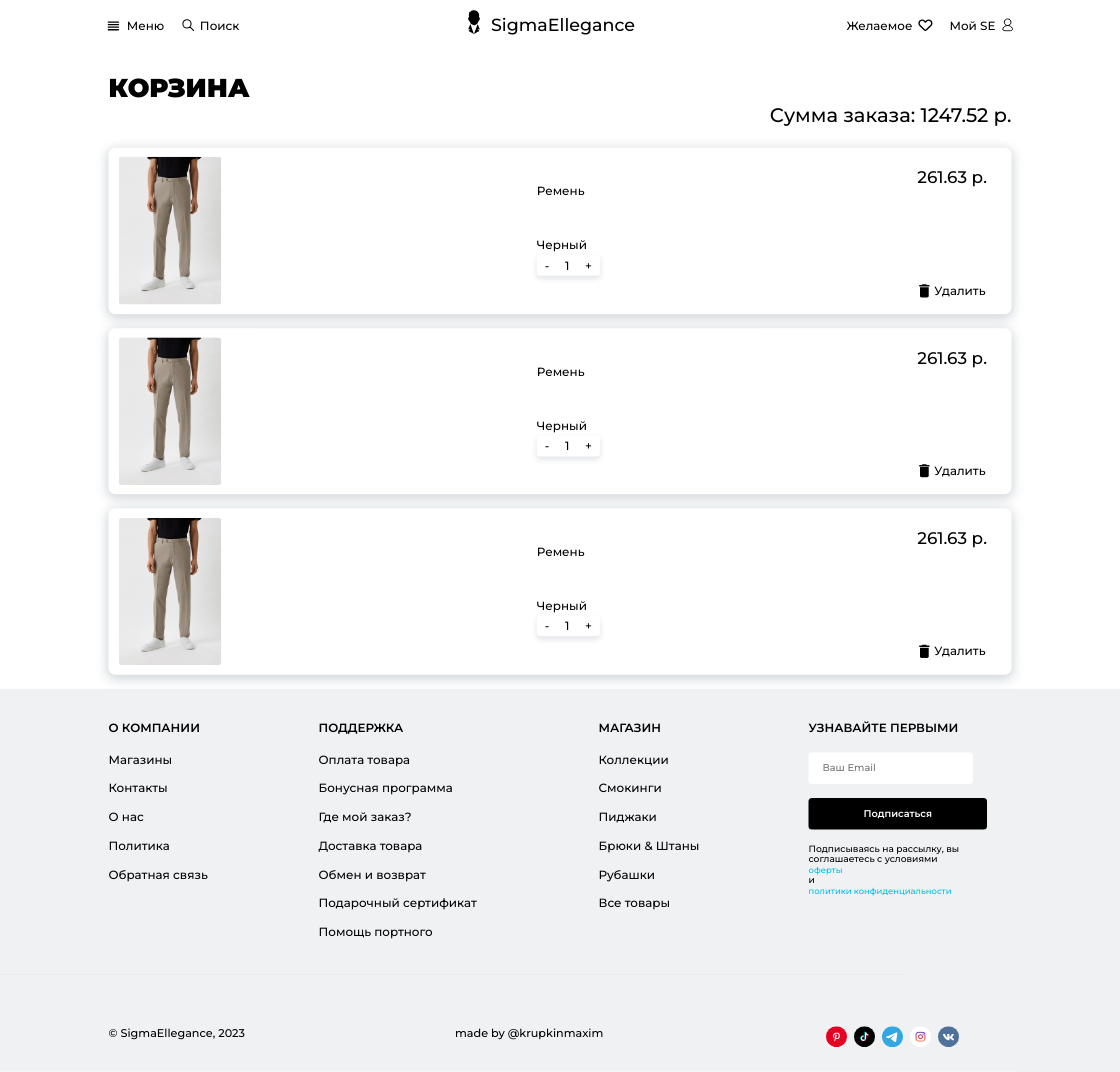
Repository: MaksimKrupkin/SigmaEllegance
Page: /cart
These files come from the project's save history. The page is drawn as it stood at one moment and after the next save; the edit follows.
The browser window is 1280 px wide. The page is 1600 px wide, so the pictures cover 1600 px, including what lies to the right of the window. The pictures show the whole page, at 70% of full size.
Some web fonts or font styles are not loaded; a fallback is used. The project was rebuilt for these pictures with package versions that can differ from the ones it lists, and the page was loaded fresh each time. Also part of the build but not shown: src/Components/SideBar/SideBar.module.css, src/Components/SideBar/SideBar.jsx, src/Pages/HomePage.module.css, src/Components/SliderWrapper/SliderWrapper.module.css, src/Components/SliderCard/SliderCard.module.css, src/Components/SliderCard/SliderCard.jsx, src/Components/LeftArrow/LeftArrow.module.css, src/Components/LeftArrow/LeftArrow.jsx and 31 more.

Above is the page before, as saved 2023-12-19 20:17:31.

### public/index.html
<!DOCTYPE html>
<html lang="en">
  <head>
    <meta charset="utf-8" />

    <meta name="viewport" content="width=device-width, initial-scale=1" />
    <link rel="icon" type="image/png" href="./favicon.png" sizes="32x32" />
    <link rel="preconnect" href="https://fonts.googleapis.com" />
    <link rel="preconnect" href="https://fonts.gstatic.com" crossorigin />
    <link
      href="https://fonts.googleapis.com/css2?family=Roboto:wght@400;500;700&display=swap"
      rel="stylesheet" />
    <link
      href="https://fonts.googleapis.com/css2?family=Montserrat:ital,wght@0,300;0,500;0,600;0,900;1,400;1,500&family=Roboto:wght@400;500;700&display=swap"
      rel="stylesheet" />
    <link rel="preconnect" href="https://fonts.googleapis.com" />
    <link rel="preconnect" href="https://fonts.gstatic.com" crossorigin />
    <link
      href="https://fonts.googleapis.com/css2?family=Montserrat:wght@300&family=Roboto:wght@400;500;700&display=swap"
      rel="stylesheet" />
    <link href="https://fonts.cdnfonts.com/css/montserrat" rel="stylesheet" />
    <title>SigmaEllegance</title>
  </head>
  <body>
    <div id="root"></div>
  </body>
</html>

### src/index.js
import React from 'react';
import ReactDOM from 'react-dom/client';
import App from './App';
import { BrowserRouter } from 'react-router-dom';

const root = ReactDOM.createRoot(document.getElementById('root'));
root.render(
  <React.StrictMode>
    <BrowserRouter>
      <App />
    </BrowserRouter>
  </React.StrictMode>,
);

### src/App.js
import React, { useState, useEffect, useRef } from 'react';
import Header from './Components/Header/Header';
import HomePage from './Pages/HomePage';
import styles from './App.module.css';
import GoodsPage from './Pages/GoodsPage/GoodsPage';
import OpenGoodPage from './Pages/OpenGoodPage/OpenGoodPage';
import Footer from './Components/Footer/Footer';
import { BrowserRouter, Route, Routes, useParams } from 'react-router-dom';
import AboutUs from './Pages/AboutUs/AboutUs';
import SearchPage from './Pages/SearchPage/SearchPage';
import Contacts from './Pages/Contacts/Contacts';
import Payment from './Pages/Payment/Payment';
import Cart from './Pages/Cart/Cart';

function App() {
  const { category, id } = useParams();
  const [sidebarOpen, setSidebarOpen] = useState(false);

  const closeSidebar = () => {
    setSidebarOpen(false);
  };

  useEffect(() => {
    const handleOutsideClick = (event) => {};

    document.addEventListener('mousedown', handleOutsideClick);

    return () => {
      document.removeEventListener('mousedown', handleOutsideClick);
    };
  }, []);
  return (
    <div className={styles.container}>
      <Header />
      <Routes>
        <Route path="/" element={<HomePage />} />
        <Route path="/goodspage/" element={<GoodsPage />} />
        <Route path="/goodspage/:category" element={<GoodsPage />} />
        <Route path="/goodspage/:category/:id" element={<OpenGoodPage />} />
        <Route path="/opengoodspage" element={<OpenGoodPage />} />
        <Route path="/opengoodspage/:category/:id" element={<OpenGoodPage />} />
        <Route path="/aboutUsPage" element={<AboutUs />} />
        <Route path="/searchPage" element={<SearchPage />} />
        <Route path="/contacts" element={<Contacts />} />
        <Route path="/payment" element={<Payment />} />
        <Route path="/cart" element={<Cart />} />
      </Routes>

      <Footer />
    </div>
  );
}

export default App;

### src/Components/Header/Header.jsx
import React from 'react';
import { useState } from 'react';
import { Link } from 'react-router-dom';
import styles from './Header.module.css';
import logo from '../../assets/img/logo.svg';
import icon1 from '../../assets/img/Icon1.svg';
import icon2 from '../../assets/img/icon2.svg';
import icon3 from '../../assets/img/icon3.svg';
import icon4 from '../../assets/img/icon4.svg';
import SideBar from '../SideBar/SideBar';

function Header() {
  const [toggleMenu, setToggleMenu] = useState(false);
  const HandleToggle = () => {
    setToggleMenu(!toggleMenu);
  };
  console.log(toggleMenu);
  return (
    <header className={styles.header}>
      <div className={styles.left_part}>
        <div onClick={HandleToggle} className={styles.menu}>
          <img className={styles.icon1} src={icon1} alt="" />
          <p>Меню</p>
        </div>
        {toggleMenu && <SideBar HandleToggle={HandleToggle} />}

        <Link to="/searchPage" className={styles.search}>
          <img className={styles.icon2} src={icon2} alt="" />
          <p>Поиск</p>
        </Link>
      </div>
      <Link to="/" className={styles.logo_part}>
        <img className={styles.logo} src={logo} alt="" />
        <p>SigmaEllegance</p>
      </Link>
      <div className={styles.right_part}>
        <Link to="/cart" className={styles.liked}>
          <p>Желаемое</p>
          <img className={styles.icon3} src={icon3} alt="" />
        </Link>
        <Link className={styles.purchases}>
          <p>Мой SE</p>
          <img className={styles.icon4} src={icon4} alt="" />
        </Link>
      </div>
    </header>
  );
}

export default Header;

### src/App.module.css
body {
  font-family: 'Montserrat', sans-serif;
  display: block;
  margin: 0 auto;
  padding: 0;
  width: 100%;
  position: relative;
  overflow-x: hidden;
}
.container {
  width: 1600px;
  display: block;
  margin: 0 auto;
}

*,
*::before,
*::after {
  box-sizing: border-box;
}

/* Links */

a,
a:link,
a:visited {
  text-decoration: none;
}

a:hover {
  text-decoration: none;
}

/* Common */

aside,
nav,
header,
section,
main {
  display: block;
}

h1,
h2,
h3,
h4,
h5,
h6,
p {
  font-size: inherit;
  font-weight: inherit;
}

ul,
ul li {
  list-style: none;
}

img {
  vertical-align: top;
}

img,
svg {
  max-width: 100%;
  height: auto;
}

address {
  font-style: normal;
}

/* Form */

input,
textarea,
button,
select {
  font-family: inherit;
  font-size: inherit;
  color: inherit;
  background-color: transparent;
}

input::-ms-clear {
  display: none;
}

button,
input[type='submit'] {
  display: inline-block;
  box-shadow: none;
  background-color: transparent;
  background: none;
  cursor: pointer;
}

input:focus,
input:active,
button:focus,
button:active {
  outline: none;
}

button::-moz-focus-inner {
  padding: 0;
  border: 0;
}

label {
  cursor: pointer;
}

legend {
  display: block;
}

### src/Components/Footer/Footer.jsx
import React from 'react';
import icon1 from '../../assets/img/pint.svg';
import icon2 from '../../assets/img/TT.svg';
import icon3 from '../../assets/img/TG.svg';
import icon4 from '../../assets/img/IG.svg';
import icon5 from '../../assets/img/VK.svg';
import styles from './Footer.module.css';

export default function Footer() {
  return (
    <footer className={styles.footer}>
      <div className={styles.column_1}>
        <a className={styles.column_title}>О компании</a>
        <a className={styles.column_item}> Магазины</a>
        <a className={styles.column_item}>Контакты</a>
        <a className={styles.column_item}>О нас</a>
        <a className={styles.column_item}>Политика</a>
        <a className={styles.column_item}>Обратная связь</a>
      </div>
      <div className={styles.column_2}>
        <a className={styles.column_title}>Поддержка</a>
        <a className={styles.column_item}> Оплата товара</a>
        <a className={styles.column_item}>Бонусная программа</a>
        <a className={styles.column_item}>Где мой заказ?</a>
        <a className={styles.column_item}>Доставка товара</a>
        <a className={styles.column_item}>Обмен и возврат</a>
        <a className={styles.column_item}>Подарочный сертификат</a>
        <a className={styles.column_item}>Помощь портного</a>
      </div>
      <div className={styles.column_3}>
        <a className={styles.column_title}>Магазин</a>
        <a className={styles.column_item}> Коллекции</a>
        <a className={styles.column_item}>Смокинги</a>
        <a className={styles.column_item}>Пиджаки</a>
        <a className={styles.column_item}>Брюки & Штаны</a>
        <a className={styles.column_item}>Рубашки</a>
        <a className={styles.column_item}>Все товары</a>
      </div>
      <div className={styles.footer_form}>
        <div className={styles.footer_form_title}>Узнавайте первыми</div>
        <form action={styles.text}>
          <input className={styles.footer_form_email} type="text" placeholder="Ваш Email" />
        </form>
        <div className={styles.footer_button}>
          <div className={styles.footer_link}>Подписаться</div>
        </div>
        <div className={styles.policy}>
          Подписываясь на рассылку, вы соглашаетесь с условиями{' '}
          <a href="" className={styles.policy_link}>
            оферты
          </a>{' '}
          и <a className={styles.policy_link}>политики конфиденциальности</a>{' '}
        </div>
      </div>
      <div className={styles.footer_border}>
        <img src="/img/Border.svg" alt="" />
      </div>
      <div className={styles.sigma_corp}>© SigmaEllegance, 2023</div>
      <div className={styles.made_by}>made by @krupkinmaxim</div>
      <div className={styles.social_networks}>
        <img className={styles.pintrest} src={icon1} alt="" />
        <img className={styles.tik_tok} src={icon2} alt="" />
        <img className={styles.telegram} src={icon3} alt="" />
        <img className={styles.instagram} src={icon4} alt="" />
        <img className={styles.vk} src={icon5} alt="" />
      </div>
    </footer>
  );
}

### src/Pages/Cart/Cart.jsx
import React from 'react';
import styles from './Cart.module.css';
import CartGood from './CartGood/CartGoods';

export default function Cart() {
  return (
    <div className={styles.wrapper}>
      <div className={styles.container}>
        <div className={styles.title}>Корзина</div>
        <div className={styles.sum}>Сумма заказа: 1247.52 р.</div>
        <CartGood />
        <CartGood />
        <CartGood />
      </div>
    </div>
  );
}

### src/Components/Header/Header.module.css
.header {
  font-family: 'Montserrat', sans-serif;
  margin: 0 auto;
  width: 100%;
  height: 10vh;
  display: flex;
  justify-content: space-around;
  align-items: center;
}

.left_part {
  display: flex;
  justify-content: space-between;
  align-items: center;
  gap: 25px;
  color: #000;
  margin-bottom: -2px;

  font-family: Montserrat;
  font-size: 17px;
  font-style: normal;
  font-weight: 500;
  line-height: normal;
}
.menu {
  display: flex;
  justify-content: space-between;
  align-items: center;
  gap: 8px;
  cursor: pointer;
}
.menu:hover {
  color: rgb(80, 77, 77);
}
.icon1 {
  width: 22px;
  height: 22px;
  margin-bottom: 1px;
}
.search {
  display: flex;
  justify-content: space-between;
  align-items: center;
  gap: 8px;
  cursor: pointer;
  color: black;
}

.search:hover {
  color: rgb(80, 77, 77);
}
.icon2 {
  width: 18px;
  height: 18px;
  margin-bottom: 3px;
}

.logo_part {
  margin-bottom: 3px;
  display: flex;
  justify-content: space-between;
  align-items: center;

  color: #000;

  font-family: Montserrat;
  font-size: 25px;
  font-style: normal;
  font-weight: 400;
  line-height: normal;
  cursor: pointer;
}

.logo {
  width: 67.375px;
  height: 69.103px;
  flex-shrink: 0;
  margin-right: -10px;
}
.right_part {
  margin-bottom: -2px;
  display: flex;
  justify-content: space-between;
  align-items: center;
  gap: 23px;
  font-family: Montserrat;
  font-size: 17px;
  font-style: normal;
  font-weight: 500;
  line-height: normal;
}

.liked {
  color: black;
  display: flex;
  justify-content: space-between;
  align-items: center;
  gap: 8px;
  cursor: pointer;
}
.liked:hover {
  color: rgb(80, 77, 77);
}
.icon3 {
  width: 22px;
  height: 22px;
  margin-bottom: 3px;
}

.purchases {
  color: black;
  display: flex;
  justify-content: space-between;
  align-items: center;
  gap: 8px;
  cursor: pointer;
}
.purchases:hover {
  color: rgb(80, 77, 77);
}

.icon4 {
  width: 19px;
  height: 19px;
  margin-bottom: 3px;
}

### src/Components/Footer/Footer.module.css
.footer {
  background-color: #eff1f3;
  width: 1600px;
  height: 547px;
  position: absolute;
  overflow-y: hidden;
  margin-top: 0px;
}
a {
  display: block;
}

.column_1 {
  position: absolute;
  top: 45px;
  left: 155px;
}

.column_2 {
  position: absolute;
  top: 45px;
  left: 455px;
}

.column_3 {
  position: absolute;
  top: 45px;
  left: 855px;
}
.column_title {
  font-style: normal;
  font-weight: 600;
  font-size: 17px;
  line-height: 21px;
  text-transform: uppercase;
  color: #000000;
  margin-bottom: 25px;
}

.column_item {
  font-family: 'Montserrat';
  font-style: normal;
  font-weight: 400;
  font-size: 17px;
  line-height: 21px;
  color: #000000;
  margin-bottom: 20px;
  cursor: pointer;
}

.footer_form {
  position: absolute;
  top: 45px;
  left: 1155px;
}

.footer_form_title {
  font-style: normal;
  font-weight: 600;
  font-size: 17px;
  line-height: 21px;
  text-transform: uppercase;
  color: #000000;
  margin-bottom: 25px;
}
.footer {
  opacity: 1;
}
.footer_form_email {
  width: 235px;
  height: 45px;
  background-color: white;
  border: none;
  border-radius: 5px;
  font-style: normal;
  font-weight: 400;
  font-size: 14px;
  line-height: 17px;
  padding-left: 20px;
  color: rgba(0, 0, 0, 0.4);
}
.footer_form_email:focus {
  border: 2px solid black;
}

.footer_button {
  margin-top: 20px;
  margin-bottom: 20px;
  width: 255px;
  background-color: #000000;
  border-radius: 5px;
  text-align: center;
  font-style: normal;
  font-weight: 600;
  font-size: 14px;
  line-height: 45px;
  color: #ffffff;
  cursor: pointer;
}
.footer_link {
  color: #ffffff;
}

.policy {
  width: 254px;
  font-style: normal;
  font-weight: 400;
  font-size: 13px;
  line-height: 15px;
  color: #000000;
}
.policy_link {
  font-style: normal;
  font-weight: 400;
  font-size: 12px;
  line-height: 15px;
  color: #00bfed;
}

.footer_border {
  position: absolute;
  bottom: 120px;
}

.sigma_corp {
  position: absolute;
  left: 155px;
  bottom: 45px;

  font-weight: 500;
}

.made_by {
  position: absolute;
  left: 650px;
  bottom: 45px;
  font-weight: 500;
}

.social_networks {
  position: absolute;
  left: 1180px;
  bottom: 35px;
}
.pintrest {
  width: 30px;
  height: 30px;
  margin-right: 10px;
  transition: all 0.1s ease-in;
  cursor: pointer;
}
.pintrest:hover {
  width: 35px;
  height: 35px;
  transform: translateY(-3px);
}
.tik_tok {
  width: 30px;
  height: 30px;
  margin-right: 10px;
  transition: all 0.1s ease-in;
  cursor: pointer;
}
.tik_tok:hover {
  width: 35px;
  height: 35px;
  transform: translateY(-3px);
}
.telegram {
  width: 30px;
  height: 30px;
  margin-right: 10px;
  transition: all 0.1s ease-in;
  cursor: pointer;
}
.telegram:hover {
  width: 35px;
  height: 35px;
  transform: translateY(-3px);
}
.instagram {
  width: 30px;
  height: 30px;
  margin-right: 10px;
  transition: all 0.1s ease-in;
  cursor: pointer;
}
.instagram:hover {
  width: 35px;
  height: 35px;
  transform: translateY(-3px);
}
.vk {
  width: 30px;
  height: 30px;
  margin-right: 10px;
  transition: all 0.1s ease-in;
  cursor: pointer;
}
.vk:hover {
  width: 35px;
  height: 35px;
  transform: translateY(-3px);
}

### src/Pages/Cart/Cart.module.css
.wrapper {
  width: 1600px;
  min-height: 90vh;
  display: flex;
  justify-content: center;
}
.container {
  width: 1290px;
}
.title {
  margin-top: 30px;
  color: #000;

  font-family: Montserrat;
  font-size: 37px;
  font-style: normal;
  font-weight: 700;
  line-height: normal;
  text-transform: uppercase;
}
.sum {
  font-size: 28px;
  font-weight: 500;
  text-align: right;
  margin-bottom: 30px;
}

### src/Pages/Cart/CartGood/CartGoods.jsx
import React from 'react';
import styles from './CartGood.module.css';
import image from '../../../assets/img/bruki-1.webp';
import { MdDelete } from 'react-icons/md';

export default function CartGood() {
  return (
    <div className={styles.good_item}>
      <img className={styles.goods_img} src={image} alt="" />
      <div className={styles.left}>
        <div className={styles.goods_data}>
          <p className={styles.goods_type}>Ремень</p>
          <p className={styles.goods_color}>Черный</p>
        </div>
        <div className={styles.goods_count}>
          <div>-</div>
          <div>1</div>
          <div>+</div>
        </div>
      </div>
      <div className={styles.right}>
        <p className={styles.goods_price}>261.63 р.</p>
        <div className={styles.goods_delete}>
          <MdDelete fontSize={25} />
          <p className={styles.delete_text}>Удалить</p>
        </div>
      </div>
    </div>
  );
}

### src/Pages/Cart/CartGood/CartGood.module.css
.good_item {
  padding: 15px;

  width: 100%;
  height: 33vh;
  border-radius: 10px;
  display: flex;
  justify-content: space-between;
  align-items: center;
  -webkit-box-shadow: 0px 4px 15px 3px rgba(34, 60, 80, 0.2);
  -moz-box-shadow: 0px 4px 15px 3px rgba(34, 60, 80, 0.2);
  box-shadow: 0px 4px 15px 3px rgba(34, 60, 80, 0.2);
  margin-bottom: 20px;
}

.goods_img {
  width: 146px;
  border-radius: 4px;
}
.goods_data {
  display: flex;
  flex-direction: column;
  justify-content: start;
  gap: 55px;

  font-size: 17px;
  font-weight: 500;
}
.goods_count {
  font-size: 17px;
  cursor: pointer;
  display: flex;
  align-items: center;
  justify-content: space-around;
  width: 90px;
  height: 30px;
  border-radius: 5px;
  margin: 0;

  -webkit-box-shadow: 0px 4px 7px 1px rgba(34, 60, 80, 0.12);
  -moz-box-shadow: 0px 4px 7px 1px rgba(34, 60, 80, 0.12);
  box-shadow: 0px 4px 7px 1px rgba(34, 60, 80, 0.12);
}
.goods_type {
  line-height: 17px;
  margin: 0;
}
.goods_color {
  line-height: 17px;
  padding-bottom: 5px;
  margin: 0;
  margin-top: 5px;
}
.right {
  margin-top: 30px;
  margin-right: 20px;
  height: 100%;
  display: flex;
  flex-direction: column;
  align-items: end;
  font-size: 17px;
  font-weight: 500;
  gap: 120px;
}
.goods_price {
  font-size: 24px;
  margin: 0;
  margin-top: -2px;
}
.goods_delete {
  margin: 0;
  margin-right: 2px;
  display: flex;
  justify-content: space-between;
  align-items: center;
  gap: 2px;
  cursor: pointer;
}

After the next save:
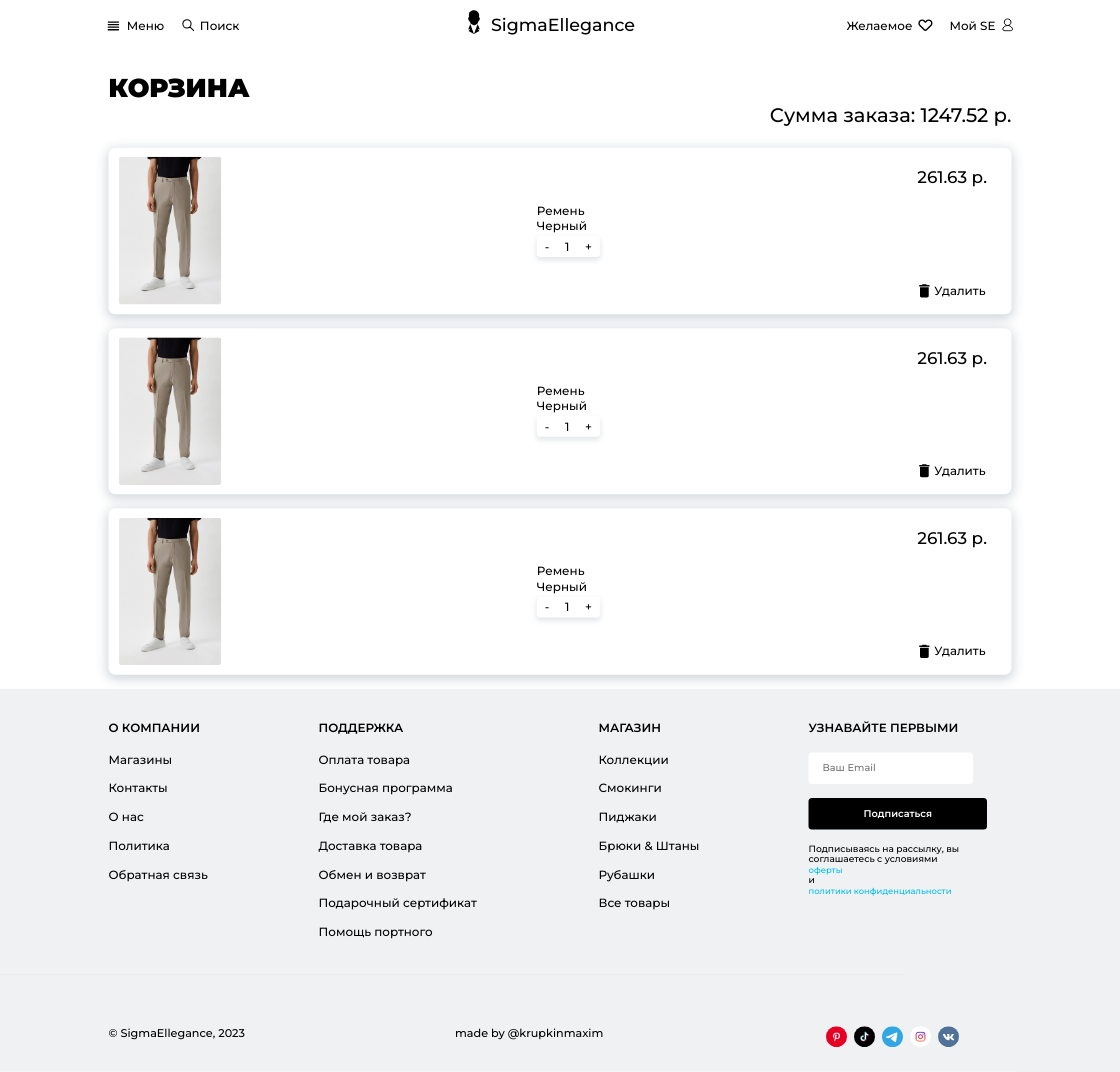
Saved 36 s later.
--- a/src/Pages/Cart/CartGood/CartGood.module.css
+++ b/src/Pages/Cart/CartGood/CartGood.module.css
@@ -17,11 +17,12 @@
   width: 146px;
   border-radius: 4px;
 }
+.left {
+}
 .goods_data {
   display: flex;
   flex-direction: column;
   justify-content: start;
-  gap: 55px;
 
   font-size: 17px;
   font-weight: 500;
